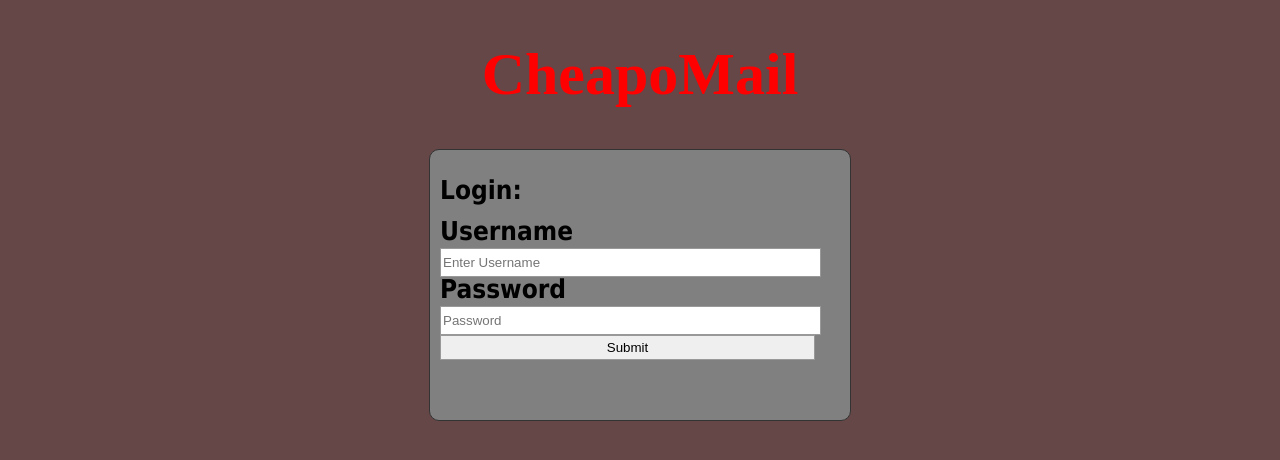
Repository: Wushum/Project-4
Page: cheapomail.html
The author's editor kept a record of every edit. The page is drawn from the files as they stood at one moment, then again after the next edit.
The browser window is 1280 px wide. The pictures show the whole page.

Above is the page before.
Not found: behaviour.js

### cheapomail.html
<!DOCTYPE html >
<html >
	<head>
		<title>Cheapo Mail</title>
		<meta http-equiv="Content-type" content="text/html;charset=ISO-8859-1" />
		<script src='behaviour.js' type='text/javascript'></script>
 		<link rel="stylesheet" type="text/css" href="cheapomail.css" />
	</head>

	<body>
		<div id="heading">
			<h1>CheapoMail</h1>
		</div>

		<form id="login-form"  action='action.php?a=login' method='post'>

			<div>
				<h1>Login:</h1>
				<label>
				<span>Username</span><input id="username" type="text" name="username" placeholder="Enter Username"/>
				</label>

				<label>
				<span>Password</span><input id="password" type="password" name="password" placeholder="Password"/>
				</label>

				<label>
				<input type="submit" value="Submit" />
				</label>

			</div>


 		</form>

	</body>
</html>

### cheapomail.css
body{
  background: #664747;
}

#heading{
  color: red;
  text-align: center;
  font-size: 30px;

}
#login-form {
background-color: grey;
margin:auto;
position:relative;
width:400px;
height:250px;
font-family: Tahoma;
font-size: 13px;
line-height: 24px;
font-weight: bold;
color: black;
border-radius: 10px;
padding:10px;
border: 1px solid #999;
border: 1px solid #333;
}

label{
  font-size: 2em;
  text-align: center;
}

input    {
width:375px;
display:block;
border: 1px solid #999;
height: 25px;
}

input.button {
width:50px;
position:absolute;
right:20px;
bottom:20px;
background:#09C;
color:#fff;
font-family: Tahoma;
height:30px;
border-radius: 15px;
border: 1px solid #999;
}

input.button:hover {
background:#fff;
color:#09C;
}

After the next edit:
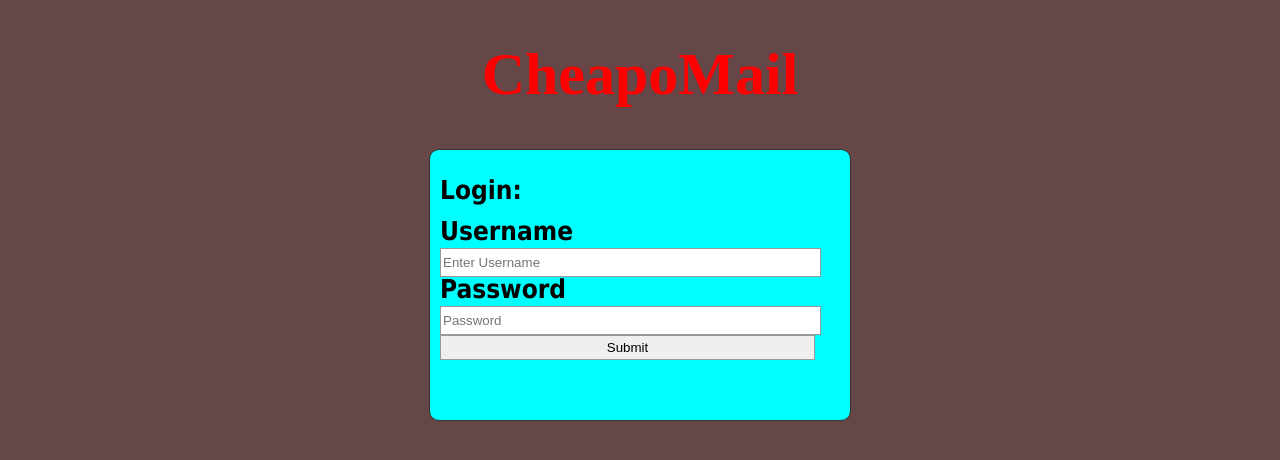
The edit:
--- a/cheapomail.css
+++ b/cheapomail.css
@@ -9,7 +9,7 @@
 
 }
 #login-form {
-background-color: grey;
+background-color: cyan;
 margin:auto;
 position:relative;
 width:400px;
